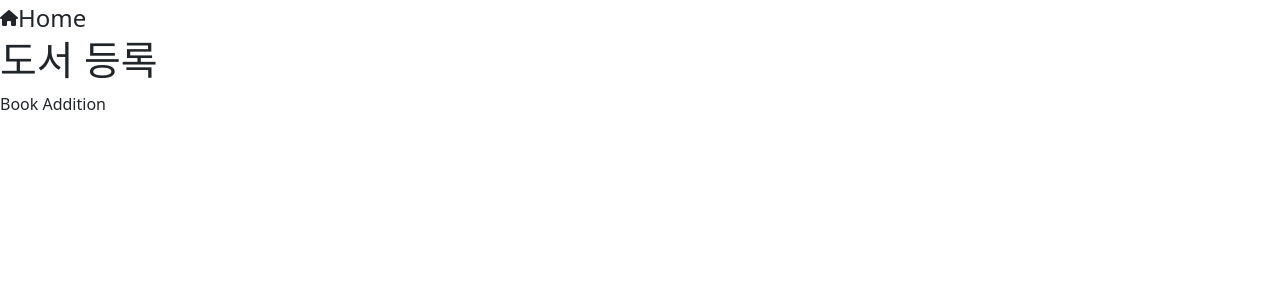
Repository: byeolchorong/ITedunet
Page: http://localhost/BookMarket/addBook.jsp
The author's editor kept a copy of each file at every save. The page is drawn from the files as they stood at one save, then again after the next save.
The browser window is 1280 px wide. The pictures show the whole page.
Some web libraries are served in a nearby version. The page is served by Tomcat 9. Nobody is signed in. The application's start-up code is not run.

Above is the page before, as saved 2025-05-27 01:02:15.

After the next save:
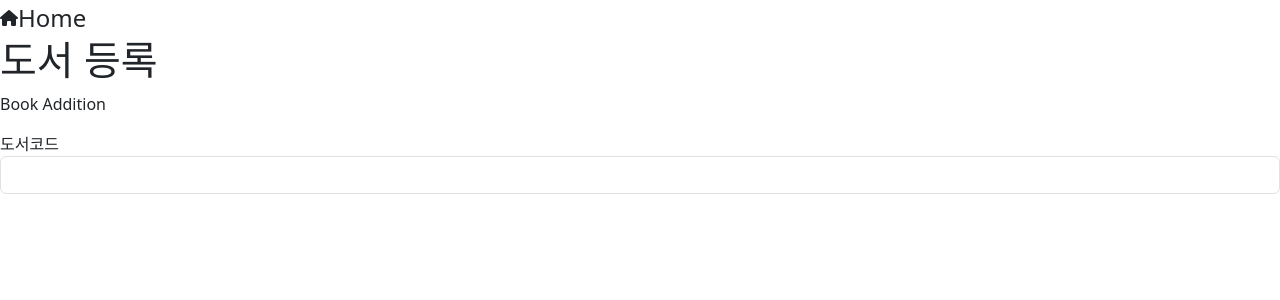
Saved 2 min 20 s later.
--- a/JSP/BookMarket/src/main/webapp/addBook.jsp
+++ b/JSP/BookMarket/src/main/webapp/addBook.jsp
@@ -16,6 +16,18 @@
 			<p>Book Addition</p>
 		</div>
 	</div>
+
+	<div>
+		<form>
+			<div>
+				<label>도서코드</label>
+				<div>
+					<input type="text" name="bookId" class="form-control">
+				</div>
+			</div>
+		</form>
+	</div>
+
 </div>
 </body>
 </html>
